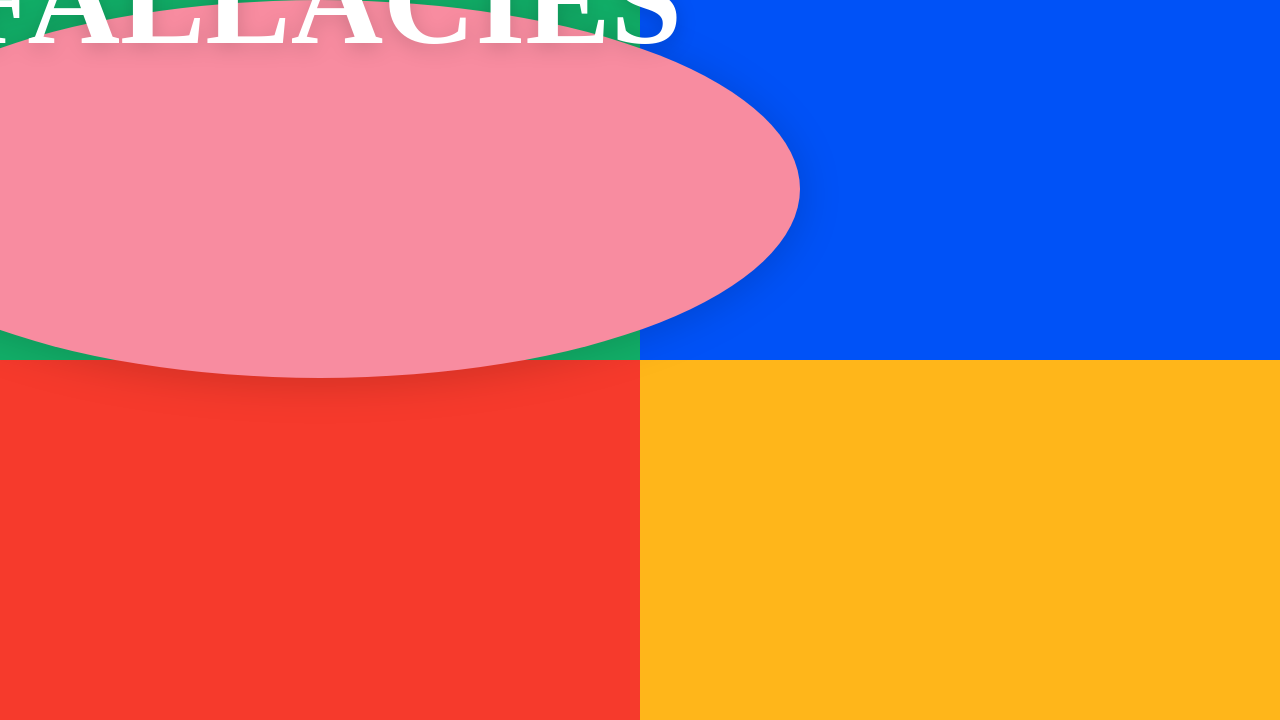
Repository: yafugray/fallacies
Page: project/Midterm project/index.html
These files come from the project's save history. The page is drawn as it stood at one moment and after the next save; the edit follows.
The browser window is 1280 px wide. The pictures show the whole page.

Above is the page before, as saved 2020-03-12 19:14:40.

After the next save:
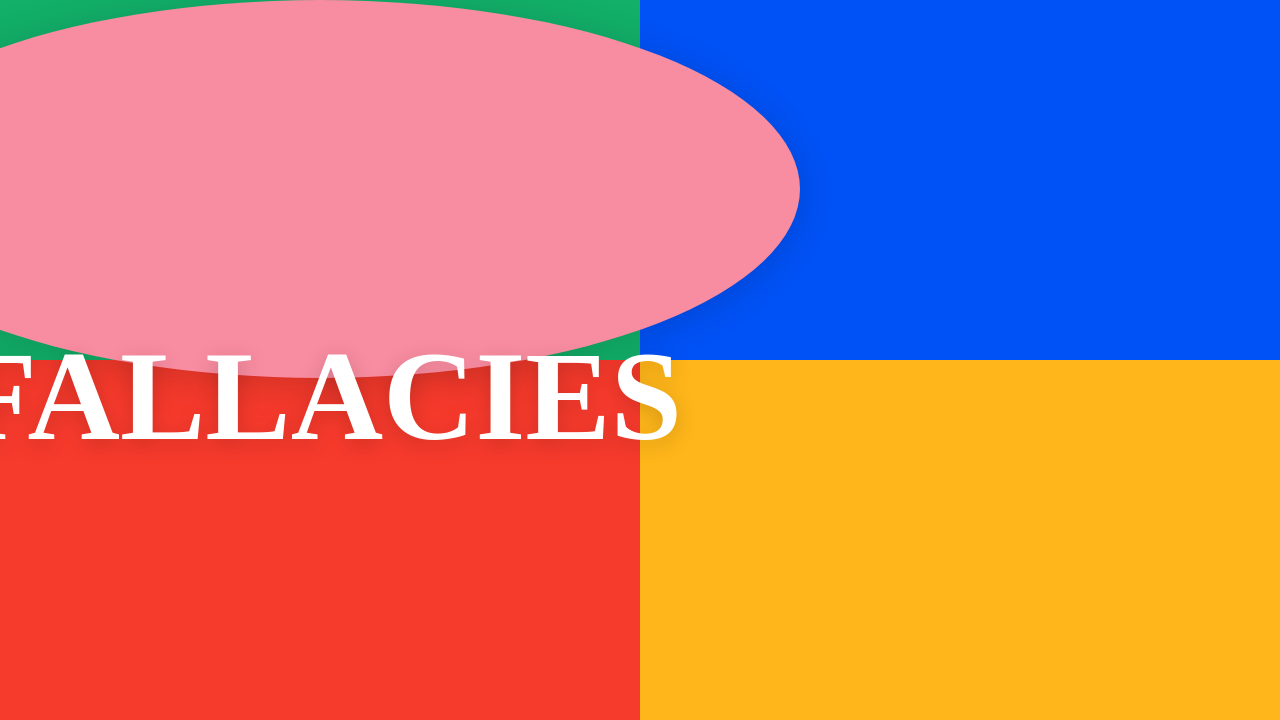
Saved 11 s later.
--- a/project/Midterm project/app.css
+++ b/project/Midterm project/app.css
@@ -62,7 +62,7 @@
 
 #group1 {
     position: relative;
-	width: 100vw;
+	height: 100vh;
 	/* height: 35vh; */
     /* left: 25%;
     right: 25%;
